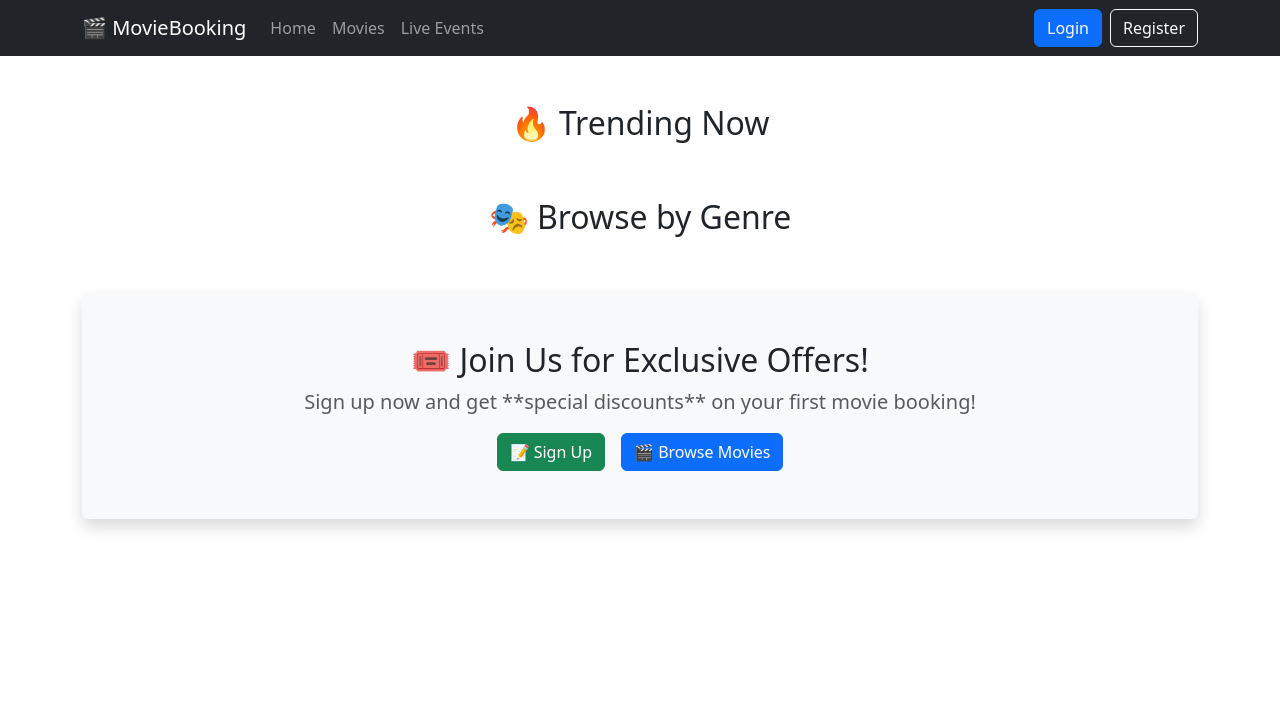
Repository: AshwinUgale/MovieBookingFrontend
Page: /
The author's editor kept a copy of each file at every save. The page is drawn from the files as they stood at one save, then again after the next save.
The browser window is 1280 px wide. The pictures show the whole page.
The page's requests for data from a server got no answer. The project was rebuilt for these pictures with package versions that can differ from the ones it lists, and the page was loaded fresh each time. No one was signed in, and anything a server would have sent is missing. Also part of the build but not shown: src/components/HeroSection.js, src/components/MovieSearch.js, src/components/Testimonials.js, src/pages/LoginPage.js, src/pages/RegisterPage.js, src/pages/DashboardPage.js, src/utils/PrivateRoute.js, src/pages/MovieList.js and 8 more.

Above is the page before, as saved 2025-02-22 21:50:51.

### src/index.js
import React from 'react';
import ReactDOM from 'react-dom/client';
import 'bootstrap/dist/css/bootstrap.min.css';


import App from './App';


const root = ReactDOM.createRoot(document.getElementById('root'));
root.render(
  <React.StrictMode>
    <App />
  </React.StrictMode>
);

### src/App.js
import { BrowserRouter as Router, Routes, Route } from "react-router-dom";
import HomePage from "./pages/HomePage";
import LoginPage from "./pages/LoginPage";
import RegisterPage from "./pages/RegisterPage";
import DashboardPage from "./pages/DashboardPage";
import PrivateRoute from "./utils/PrivateRoute";
import MovieList from "./pages/MovieList";
import ShowtimesPage from "./pages/ShowtimesPage";
import AdminMoviePage from "./pages/AdminMoviePage";
import AdminShowtimePage from "./pages/AdminShowtimePage";
import ShowtimePage from "./pages/ShowtimePage";
import PaymentPage from "./pages/PaymentPage";
import BookingHistoryPage from "./pages/BookingHistoryPage";
import CustomNavbar from "./components/Navbar";
import AuthProvider from "./context/AuthContext";
import Events from "./pages/Events";


function App() {
  return (
    <AuthProvider>
    <Router>
      <CustomNavbar/>
      <Routes>
        {/* Public Routes */}
        <Route path="/" element={<HomePage />} />
        <Route path="/login" element={<LoginPage />} />
        <Route path="/register" element={<RegisterPage />} />
        <Route path="/movies" element={<MovieList />} />  {/* ✅ Updated path */}
        <Route path="/events" element={<Events />} />
        <Route path="/showtimes/:movieId" element={<ShowtimesPage />} />  {/* ✅ Updated path */}
        <Route path="/showtime/:showtimeId" element={<ShowtimePage />} />
        <Route path="/payment/:bookingId" element={<PaymentPage />} />

        {/* Protected Routes */}
        <Route path="/dashboard" element={<PrivateRoute component={DashboardPage} />} />
        <Route path="/admin/movies" element={<PrivateRoute component={AdminMoviePage} />} />
        <Route path="/admin/showtimes" element={<PrivateRoute component={AdminShowtimePage} />} />
        <Route path="/bookings" element={<PrivateRoute component={BookingHistoryPage} />} />
      </Routes>
    </Router>
    </AuthProvider>
  );
}

export default App;

### src/pages/HomePage.js
import { Container } from "react-bootstrap";
import HeroSection from "../components/HeroSection";
import TrendingMovies from "../components/TrendingMovies";
import MovieSearch from "../components/MovieSearch";
import GenreSection from "../components/GenreSection";
import Testimonials from "../components/Testimonials";
import CallToAction from "../components/CallToAction";

const HomePage = () => {
  return (
    <>
      {/* Hero Banner */}
      {/* <HeroSection /> */}

      <Container className="text-center mt-5">
        {/* Search Bar */}

        {/* Trending Movies */}
        <TrendingMovies />

        {/* Browse by Genre */}
        <GenreSection />

        {/* User Testimonials */}


        {/* Call to Action */}
        <CallToAction />
      </Container>
    </>
  );
};

export default HomePage;

### src/components/Navbar.js
import { Link } from "react-router-dom";
import { useContext } from "react";
import { AuthContext } from "../context/AuthContext"; // ✅ Import AuthContext
import { Navbar, Nav, Container, Button } from "react-bootstrap"; // ✅ Import Bootstrap components

const CustomNavbar = () => {
    const { isAuthenticated, logout } = useContext(AuthContext); // ✅ Use authentication state

    return (
        <Navbar bg="dark" variant="dark" expand="lg">
            <Container>
                <Navbar.Brand as={Link} to="/">🎬 MovieBooking</Navbar.Brand>
                <Navbar.Toggle aria-controls="basic-navbar-nav" />
                <Navbar.Collapse id="basic-navbar-nav">
                    <Nav className="me-auto">
                        <Nav.Link as={Link} to="/">Home</Nav.Link>
                        <Nav.Link as={Link} to="/movies">Movies</Nav.Link>
                        <Nav.Link as={Link} to="/events">Live Events</Nav.Link>
                        {isAuthenticated && <Nav.Link as={Link} to="/bookings">My Bookings</Nav.Link>}
                    </Nav>
                    <Nav>
                        {!isAuthenticated ? (
                            <>
                                <Button variant="primary" as={Link} to="/login" className="mx-2">Login</Button>
                                <Button variant="outline-light" as={Link} to="/register">Register</Button>
                            </>
                        ) : (
                            <Button variant="outline-light" onClick={logout}>Logout</Button>
                        )}
                    </Nav>
                </Navbar.Collapse>
            </Container>
        </Navbar>
    );
};

export default CustomNavbar;

### src/context/AuthContext.js
import { createContext, useState, useEffect } from "react";

export const AuthContext = createContext();

const AuthProvider = ({ children }) => {
    const [isAuthenticated, setIsAuthenticated] = useState(!!localStorage.getItem("token"));

    useEffect(() => {
        const handleStorageChange = () => {
            setIsAuthenticated(!!localStorage.getItem("token"));
        };

        window.addEventListener("storage", handleStorageChange);

        return () => {
            window.removeEventListener("storage", handleStorageChange);
        };
    }, []);

    const login = (token) => {
        localStorage.setItem("token", token);
        setIsAuthenticated(true);
    };

    const logout = () => {
        localStorage.removeItem("token");
        setIsAuthenticated(false);
    };

    return (
        <AuthContext.Provider value={{ isAuthenticated, login, logout }}>
            {children}
        </AuthContext.Provider>
    );
};

export default AuthProvider;

### src/components/TrendingMovies.js
import React, { useEffect, useState } from "react";
import api from "../services/api";
import { Card, Row, Col } from "react-bootstrap";

const TrendingMovies = () => {
  const [movies, setMovies] = useState([]);

  useEffect(() => {
    async function fetchMovies() {
      try {
        const response = await api.get("/movies");
        setMovies(response.data.slice(0, 6)); // Show 6 trending movies
      } catch (error) {
        console.error("Error fetching movies:", error);
      }
    }
    fetchMovies();
  }, []);

  return (
    <div className="container my-5">
      <h2 className="text-center">🔥 Trending Now</h2>
      <Row>
        {movies.map(movie => (
          <Col key={movie._id} md={4} className="mb-4">
            <Card>
              <Card.Img variant="top" src={movie.posterUrl || "/default-poster.jpg"} />
              <Card.Body>
                <Card.Title>{movie.title}</Card.Title>
                <a href={`/movies/${movie._id}`} className="btn btn-primary">View Details</a>
              </Card.Body>
            </Card>
          </Col>
        ))}
      </Row>
    </div>
  );
};

export default TrendingMovies;

### src/components/GenreSection.js
import React, { useEffect, useState } from "react";
import api from "../services/api";

const GenreSection = () => {
  const [genres, setGenres] = useState([]);

  useEffect(() => {
    async function fetchGenres() {
      const response = await api.get("/movies");
      setGenres([...new Set(response.data.map(movie => movie.genre))]);
    }
    fetchGenres();
  }, []);

  return (
    <div className="container my-5">
      <h2 className="text-center">🎭 Browse by Genre</h2>
      <div className="d-flex flex-wrap justify-content-center">
        {genres.map(genre => (
          <a key={genre} href={`/movies?genre=${genre}`} className="btn btn-outline-secondary m-2">
            {genre}
          </a>
        ))}
      </div>
    </div>
  );
};

export default GenreSection;

### src/components/CallToAction.js
import React from "react";
import { Container, Button } from "react-bootstrap";
import { Link } from "react-router-dom";

const CallToAction = () => {
  return (
    <Container className="text-center my-5 py-5 bg-light rounded shadow">
      <h2 className="text-dark">🎟️ Join Us for Exclusive Offers!</h2>
      <p className="lead text-muted">
        Sign up now and get **special discounts** on your first movie booking!
      </p>
      <div className="d-flex justify-content-center">
        <Link to="/register">
          <Button variant="success" className="mx-2">📝 Sign Up</Button>
        </Link>
        <Link to="/movies">
          <Button variant="primary" className="mx-2">🎬 Browse Movies</Button>
        </Link>
      </div>
    </Container>
  );
};

export default CallToAction;

### src/services/api.js
import axios from "axios";

const api = axios.create({
  baseURL: "http://localhost:5000/api",
  headers: {
    "Content-Type": "application/json",
  },
});


api.interceptors.request.use((config) => {
  const token = localStorage.getItem("token");
  if (token) {
    config.headers.Authorization = `Bearer ${token}`;
  }
  return config;
});

export const fetchMovies = async () => {
  const response = await api.get("/movies");
  return response.data;
};


export const fetchShowtimes = async (movieId) => {
  const response = await api.get(`/showtimes?movie=${movieId}`);
  return response.data;
};

export const addMovie = async (movieData) => {
  const token = localStorage.getItem("token");
  const response = await api.post("/movies", movieData, {
    headers: { Authorization: `Bearer ${token}` },
  });
  return response.data;
};

export const addShowtime = async (showtimeData) => {
  const token = localStorage.getItem("token");
  const response = await api.post("/showtimes", showtimeData, {
    headers: { Authorization: `Bearer ${token}` },
  });
  return response.data;
};


export const fetchSeats = async (showtimeId) => {
  try {
    const response = await api.get(`/showtimes/${showtimeId}`);
    return response.data.availableSeats;
  } catch (error) {
    console.error("Error fetching seats:", error);
    throw error;
  }
};


export const bookSeats = async (showtimeId, seats) => {
  try {
    const response = await api.post("/bookings", { showtimeId, seats });
    return response.data;
  } catch (error) {
    console.error("Error booking seats:", error);
    throw error;
  }
};

export const mockPayment = async (bookingId) => {
  try {
      const response = await api.post("/payments/pay", { bookingId });
      return response.data;
  } catch (error) {
      console.error("Error processing mock payment:", error);
      throw error;
  }
};

export const fetchBookingHistory = async () => {
  try {
      const response = await api.get("/bookings/history");  // GET request
      return response.data;
  } catch (error) {
      console.error("Error fetching booking history:", error);
      throw error;
  }
};


export const cancelBooking = async (bookingId) => {
  try {
      const response = await api.delete(`/bookings/${bookingId}`); // DELETE request
      return response.data;
  } catch (error) {
      console.error("Error canceling booking:", error);
      throw error;
  }
};


export const fetchEvents = async () => {
  try {
    const response = await api.get("/ticketmaster/events");
    return response.data;
  } catch (error) {
    console.error("Error fetching live events:", error.response?.data || error.message);
    return [];
  }
};


export default api;

### src/components/TrendingEvents.js
import React, { useEffect, useState } from "react";
import { fetchEvents } from "../services/api";
import { Link } from "react-router-dom";
import { Container, Row, Col, Card, Button } from "react-bootstrap";

const TrendingEvents = () => {
  const [events, setEvents] = useState([]);

  useEffect(() => {
    const getEvents = async () => {
      const eventsData = await fetchEvents();
      setEvents(eventsData.slice(0, 6)); // Show only top 6 events
    };

    getEvents();
  }, []);

  return (
    <Container className="mt-5">
      <div className="d-flex justify-content-between align-items-center mb-3">
        <h2 className="fw-bold">🎭 Trending Events</h2>
        <Link to="/events" className="btn btn-link">View More</Link>
      </div>

      <Row className="g-4">
        {events.length > 0 ? (
          events.map((event) => (
            <Col key={event.id} xs={6} sm={4} md={3} lg={2}>
              <Card className="shadow-sm border">
                <Card.Img
                  variant="top"
                  src={event.image}
                  alt={event.name}
                  style={{ height: "200px", objectFit: "cover" }}
                />
                <Card.Body className="text-center">
                  <Card.Title className="text-truncate">{event.name}</Card.Title>
                  <Button
                    variant="primary"
                    size="sm"
                    href={event.url}
                    target="_blank"
                    rel="noopener noreferrer"
                    className="w-100"
                  >
                    View Details
                  </Button>
                </Card.Body>
              </Card>
            </Col>
          ))
        ) : (
          <p className="text-center text-muted col-12">No trending events available.</p>
        )}
      </Row>
    </Container>
  );
};

export default TrendingEvents;

Loaded but not shown: public/index.html (common file)

After the next save:
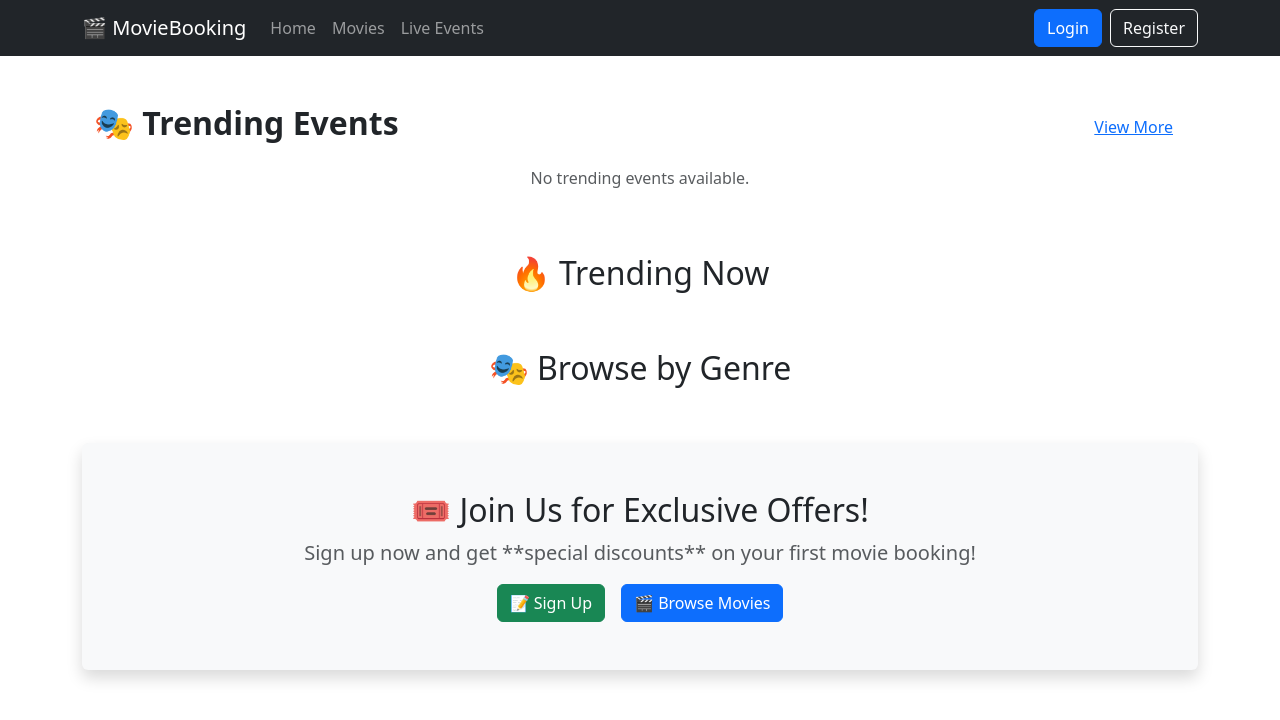
Saved 24 s later.
--- a/src/pages/HomePage.js
+++ b/src/pages/HomePage.js
@@ -5,7 +5,7 @@ import MovieSearch from "../components/MovieSearch";
 import GenreSection from "../components/GenreSection";
 import Testimonials from "../components/Testimonials";
 import CallToAction from "../components/CallToAction";
-
+import TrendingEvents from "../components/TrendingEvents";
 const HomePage = () => {
   return (
     <>
@@ -14,6 +14,8 @@ const HomePage = () => {
 
       <Container className="text-center mt-5">
         {/* Search Bar */}
+
+        <TrendingEvents/>
 
         {/* Trending Movies */}
         <TrendingMovies />
